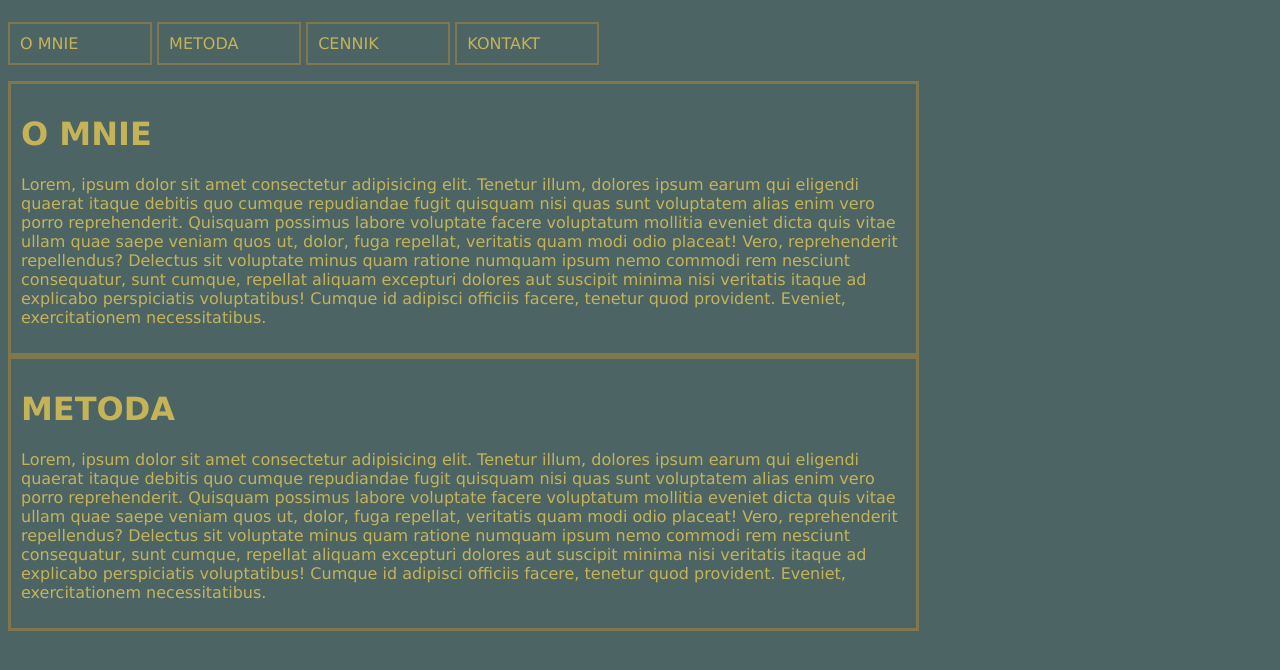
Repository: LechCieslak/zzz_webside
Page: index.html
An editor plug-in stored every save of this project. The page is shown before and after a run of saves, followed by the edit.
The browser window is 1280 px wide. The pictures show the whole page.

Above is the page before, as saved 2020-08-18 13:37:23.

### index.html
<!DOCTYPE html>
<html lang="pl">
<head>
    <meta charset="UTF-8">
    <meta name="viewport" content="width=device-width, initial-scale=1.0">
    <link rel="stylesheet" href="style.css">
    <title>zzz_web</title>
</head>
<body>

    <main>

        <div class="menu">
            <ul>
                <li class="uj1">O MNIE</li>
                <li class="uj2">METODA</li>
                <li>CENNIK</li>
                <li>KONTAKT</li>
            </ul>
        </div>

        <div class="oMnie">
            <h1>O MNIE</h1>
            <p>Lorem, ipsum dolor sit amet consectetur adipisicing elit. Tenetur illum, dolores ipsum earum qui eligendi quaerat itaque debitis quo cumque repudiandae fugit quisquam nisi quas sunt voluptatem alias enim vero porro reprehenderit. Quisquam possimus labore voluptate facere voluptatum mollitia eveniet dicta quis vitae ullam quae saepe veniam quos ut, dolor, fuga repellat, veritatis quam modi odio placeat! Vero, reprehenderit repellendus? Delectus sit voluptate minus quam ratione numquam ipsum nemo commodi rem nesciunt consequatur, sunt cumque, repellat aliquam excepturi dolores aut suscipit minima nisi veritatis itaque ad explicabo perspiciatis voluptatibus! Cumque id adipisci officiis facere, tenetur quod provident. Eveniet, exercitationem necessitatibus.</p>
        </div>

        <div class="metoda">
            <h1>METODA</h1>
            <p>Lorem, ipsum dolor sit amet consectetur adipisicing elit. Tenetur illum, dolores ipsum earum qui eligendi quaerat itaque debitis quo cumque repudiandae fugit quisquam nisi quas sunt voluptatem alias enim vero porro reprehenderit. Quisquam possimus labore voluptate facere voluptatum mollitia eveniet dicta quis vitae ullam quae saepe veniam quos ut, dolor, fuga repellat, veritatis quam modi odio placeat! Vero, reprehenderit repellendus? Delectus sit voluptate minus quam ratione numquam ipsum nemo commodi rem nesciunt consequatur, sunt cumque, repellat aliquam excepturi dolores aut suscipit minima nisi veritatis itaque ad explicabo perspiciatis voluptatibus! Cumque id adipisci officiis facere, tenetur quod provident. Eveniet, exercitationem necessitatibus.</p>
        </div>

    </main>


    <script src="app.js"></script>
</body>
</html>

### style.css
* {
    font-family: verdana;
    padding: 0px;
}

body {
    --tlo: #4C6464;
    --text: #C5B358;
    --ramka: #7F784E;
    background-color: #4C6464;
    color: var(--text);
    animation: backgroundEffect 3s forwards;
}

.menu li {
    margin-top: 6px;
    padding: 10px;
    display: inline-block;
    border: solid 2px var(--ramka);
    list-style-type: none;
    width: 120px;
    cursor: pointer;
}

.oMnie {
    border: solid 3px var(--ramka);
    width: 70%;
    /* opacity: 0; */
    padding: 10px;
}

.metoda {
    border: solid 3px var(--ramka);
    width: 70%;
    /* opacity: 0; */
    padding: 10px;
}

.nowa {
    opacity: 1;
}

### app.js
let a = document.querySelector('li');
let b = document.querySelector('.oMnie');
//let C = document.querySelector('.metoda');

a.addEventListener('click', e => {
  b.classList.toggle("nowa");
});

// a.addEventListener('click', e => {
//   c.classList.toggle("nowa");
// });


let c = document.querySelector('.uj2');
let d = document.querySelector('.metoda');
//let C = document.querySelector('.metoda');

c.addEventListener('click', e => {
  d.classList.toggle("nowa");
});

After the next 2 saves:
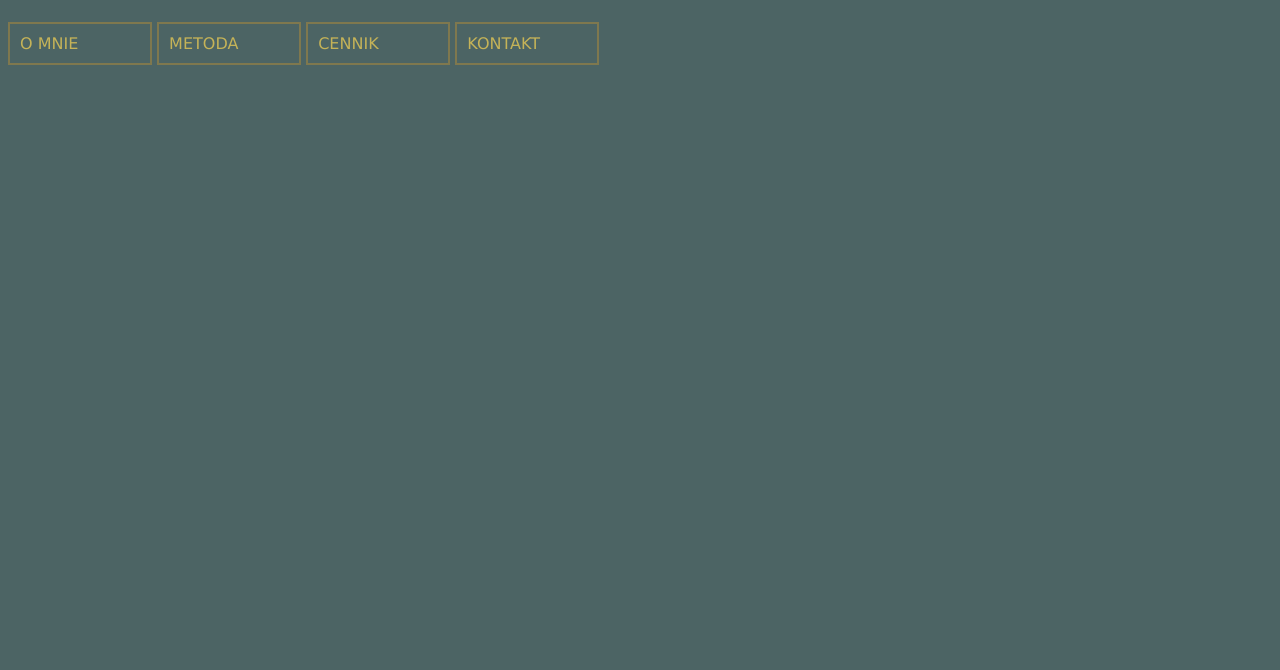
The 2 saves are shown as one change because they came seconds apart.
The last was saved 31 h 50 min later.
--- a/style.css
+++ b/style.css
@@ -25,14 +25,14 @@ body {
 .oMnie {
     border: solid 3px var(--ramka);
     width: 70%;
-    /* opacity: 0; */
+    opacity: 0;
     padding: 10px;
 }
 
 .metoda {
     border: solid 3px var(--ramka);
     width: 70%;
-    /* opacity: 0; */
+    opacity: 0;
     padding: 10px;
 }
 
